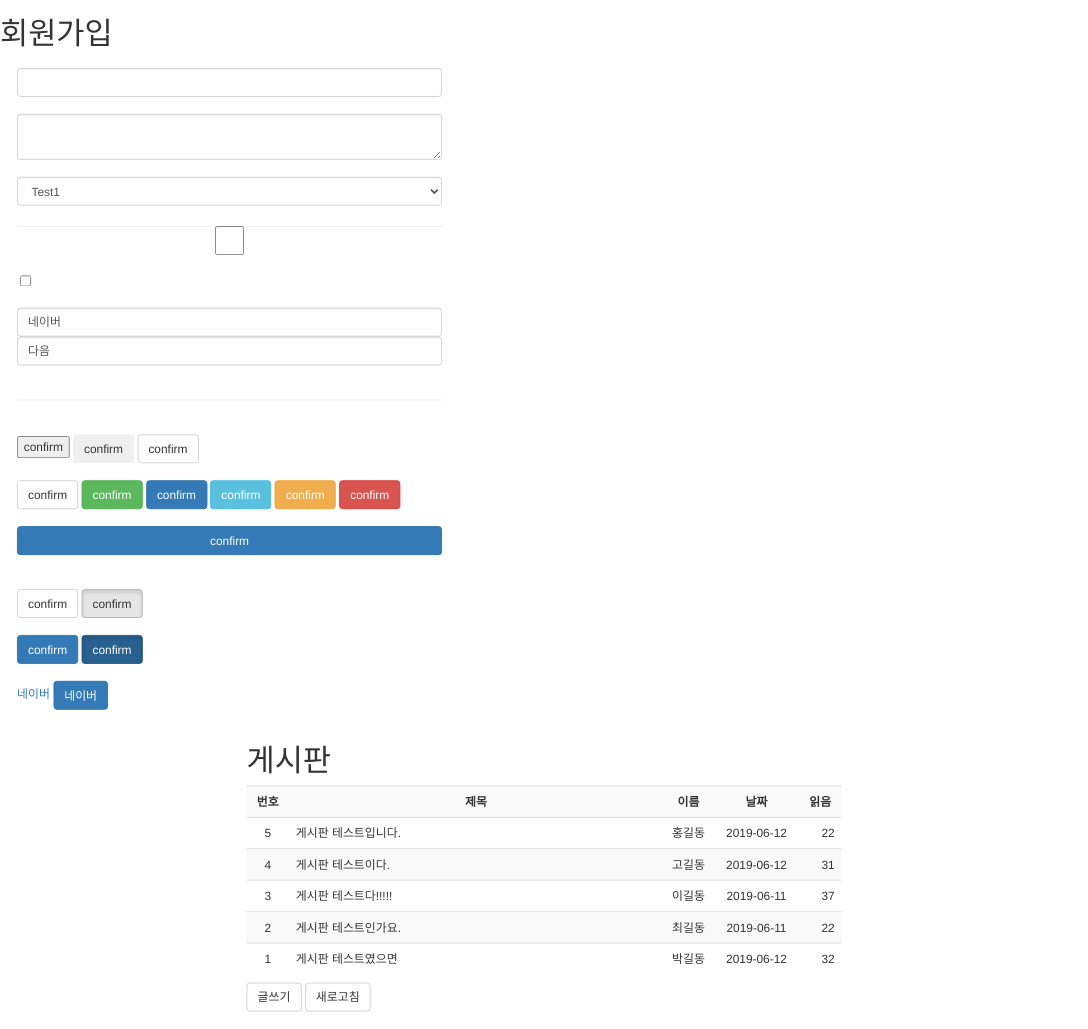
Repository: yhj4130/BootstrapStudy
Page: BootstrapWork/WebContent/BootEx03.html
These files come from the project's save history. The page is drawn as it stood at one moment and after the next save; the edit follows.
The browser window is 1280 px wide. The pictures show the whole page, at 85% of full size.

Above is the page before, as saved 2019-06-12 02:40:04.

After the next save:
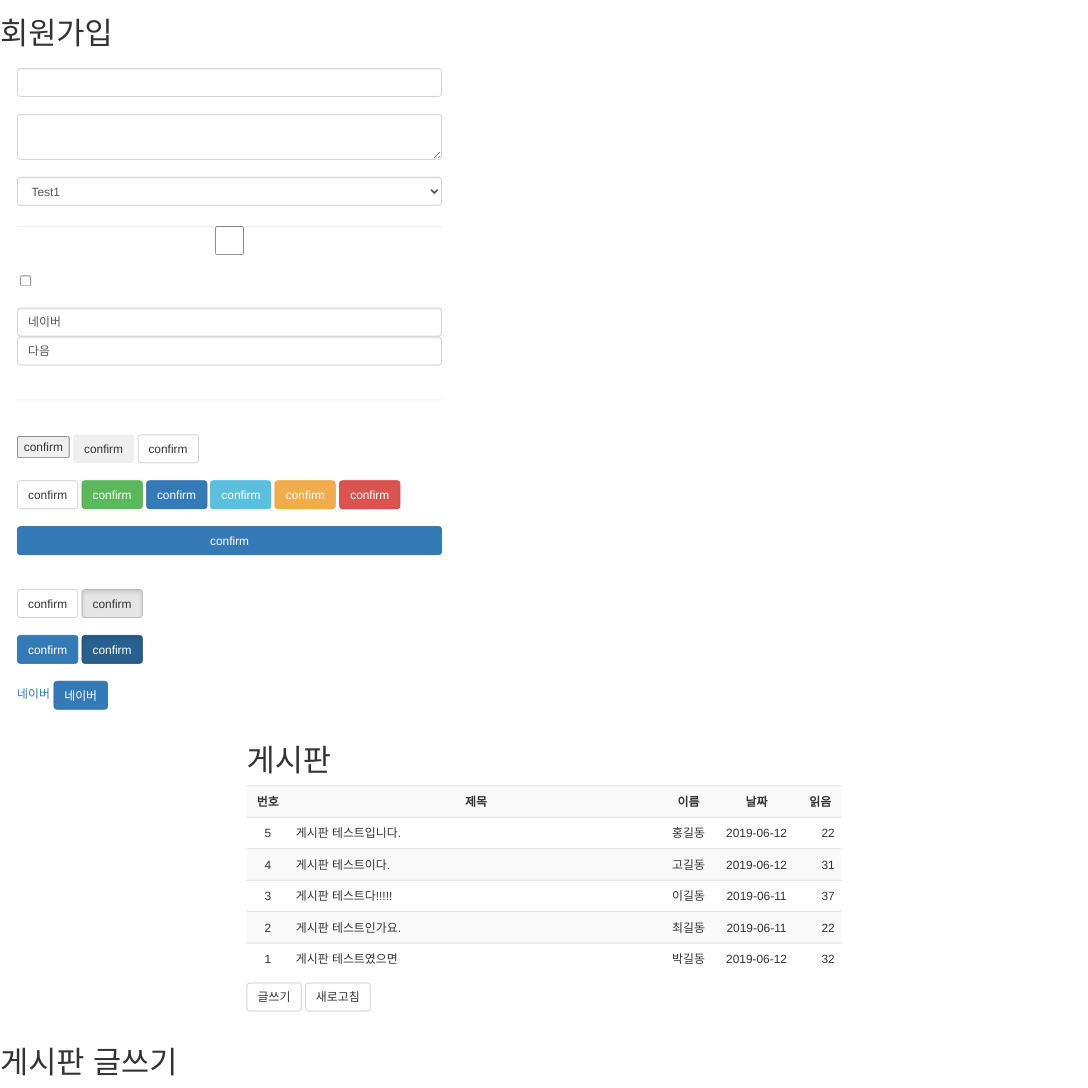
Saved 2 min 48 s later.
--- a/BootstrapWork/WebContent/BootEx03.html
+++ b/BootstrapWork/WebContent/BootEx03.html
@@ -174,5 +174,15 @@
 
 </div>
 
+<h1>게시판 글쓰기</h1>
+
+<form action="">
+
+	<table class="tavle table-bordered" id="tblAdd">
+
+	</table>
+
+</form>
+
 </body>
 </html>
